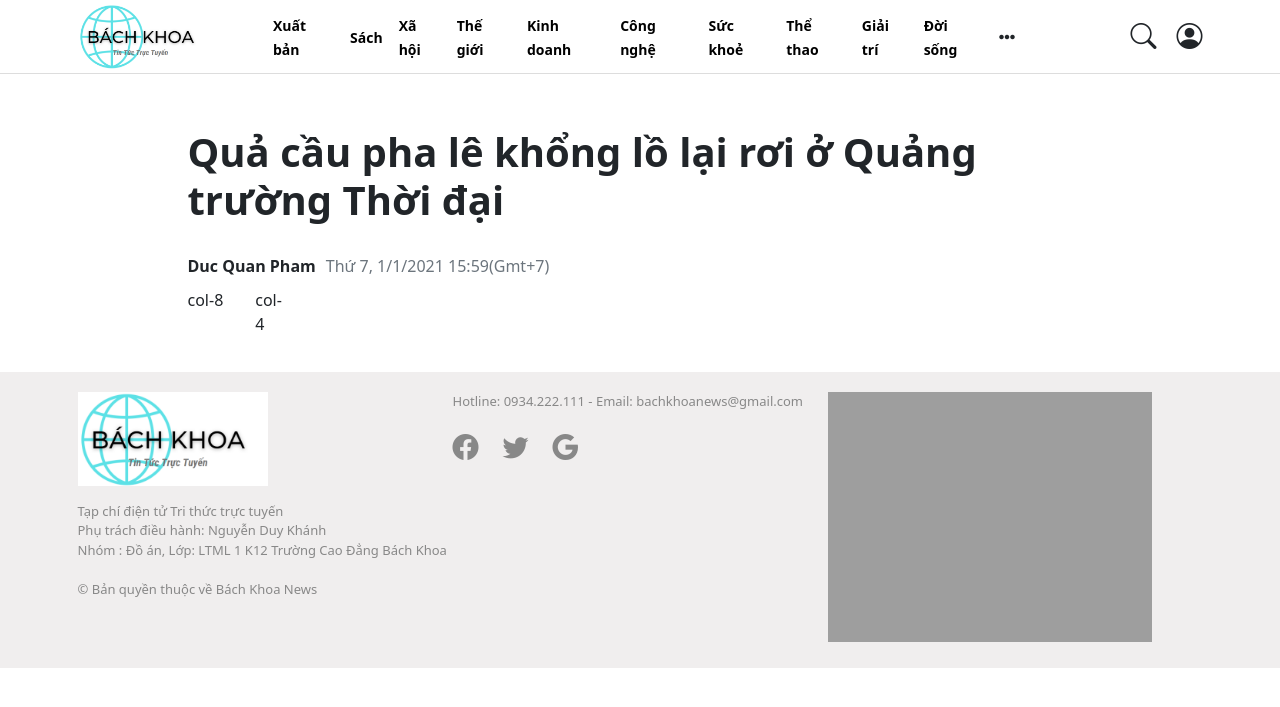
Repository: khanh2324/Java_Web
Page: WebContent/home-new/index.html
These files come from the project's save history. The page is drawn as it stood at one moment and after the next save; the edit follows.
The browser window is 1280 px wide. The pictures show the whole page.
Pictures or frames that could not be fetched are drawn as grey boxes. Some web libraries are served in a nearby version.

Above is the page before, as saved 2022-01-01 16:06:37.

After the next save:
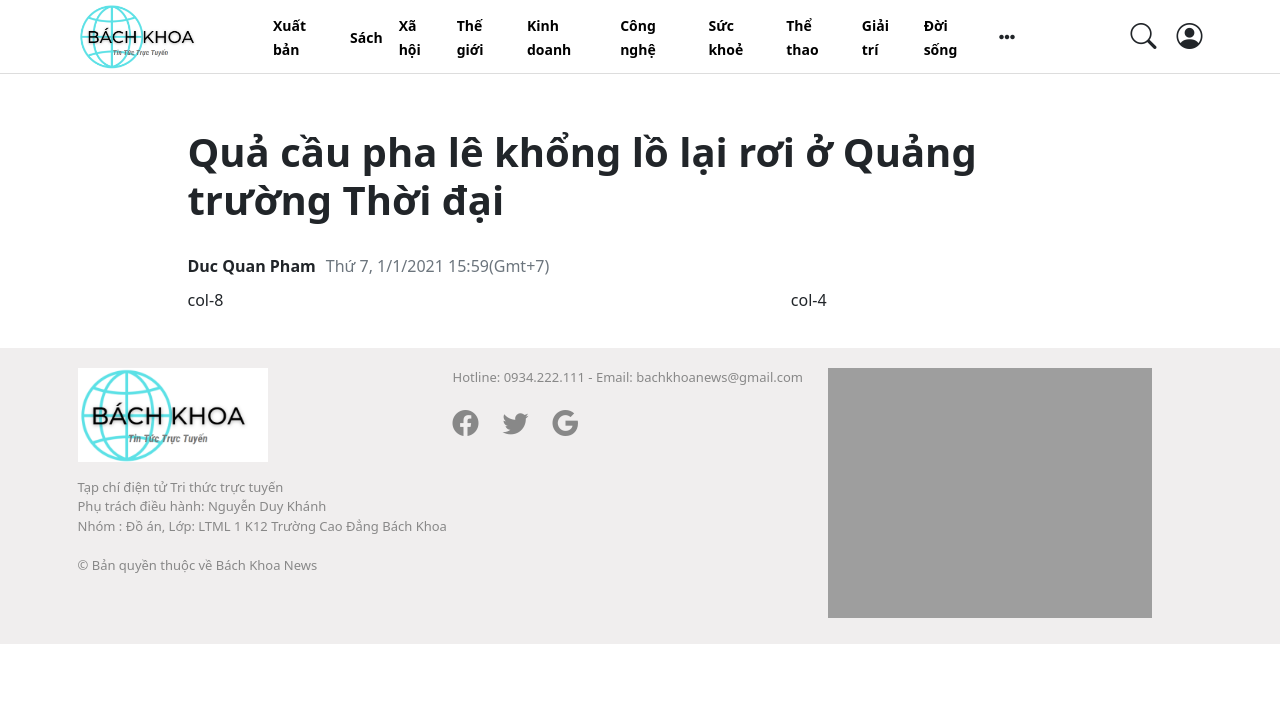
Saved 11 s later.
--- a/WebContent/home-new/index.html
+++ b/WebContent/home-new/index.html
@@ -405,10 +405,9 @@
                     <p class="category-title_time ms-3 text-muted">Thứ 7, 1/1/2021 15:59(Gmt+7)</p>
                 </div>
                 <div class="content-hot d-flex mt-xxl-5">
-                    <div class="row">
+
                         <div class="col-8">col-8</div>
                         <div class="col-4">col-4</div>
-                      </div>
                 </div>
             </div>
         </div>
